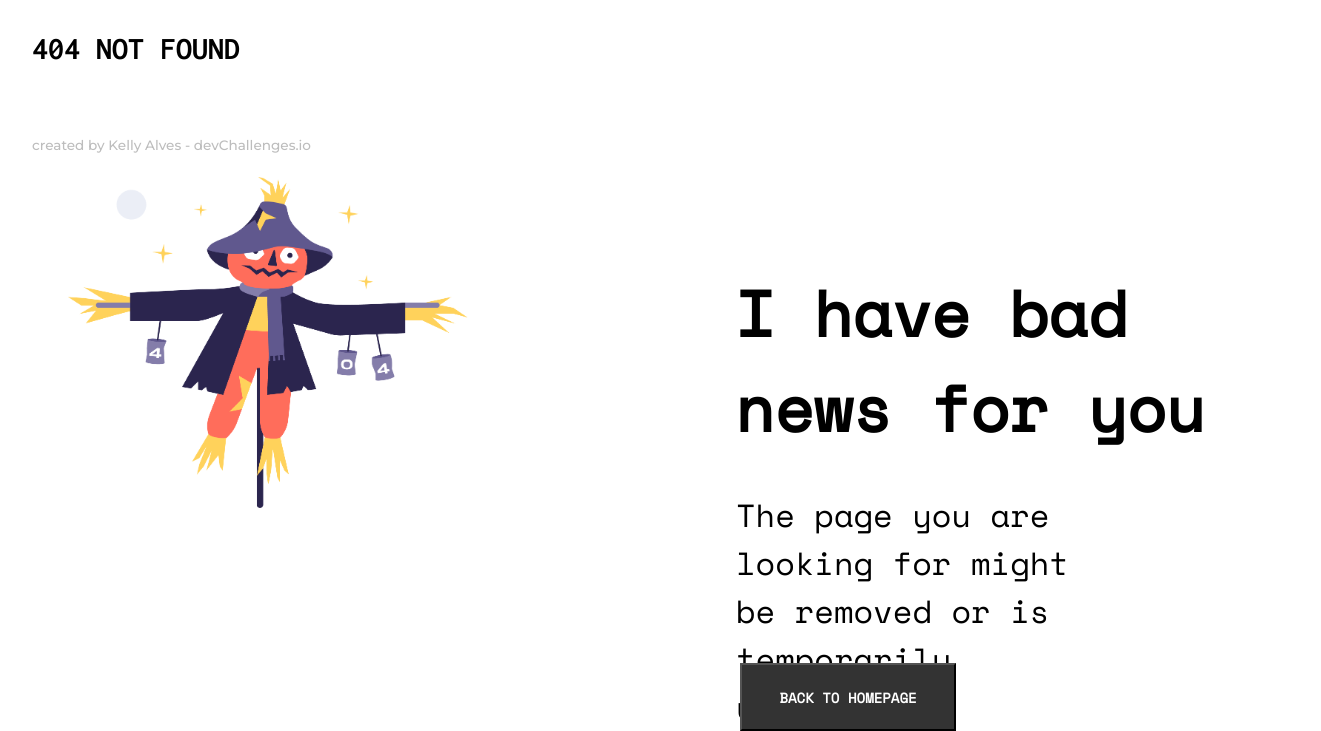
Repository: kellyalves87/404_not_found
Page: index.html
These files come from the project's save history. The page is drawn as it stood at one moment and after the next save; the edit follows.
The browser window is 1280 px wide. The page is 1321 px wide, then 1280 px, then 1321 px, so the pictures cover 1321 px, including what lies to the right of the window. The pictures show the whole page.

Above is the page before, as saved 2021-05-16 16:16:35.

After the next save:
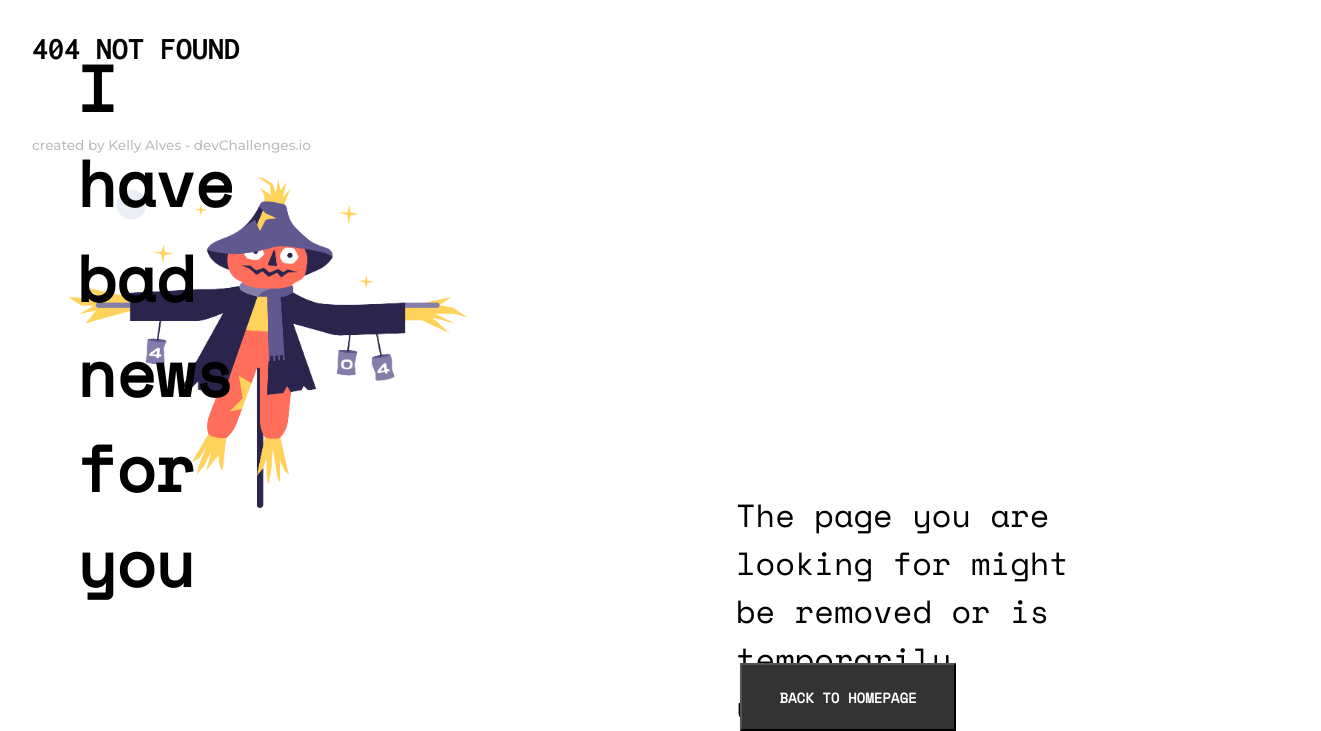
Saved 38 s later.
--- a/style/index.css
+++ b/style/index.css
@@ -107,11 +107,11 @@
 
 .content h1 {
   font-size: 4rem;
-  width: 586px;
-  height: 190px;
-  left: 735px;
-  top: 265px;
   position: absolute;
+  width: 133px;
+  height: 25px;
+  left: 77px;
+  top: 40px;
 }
 
 .content p {

After the save that followed:
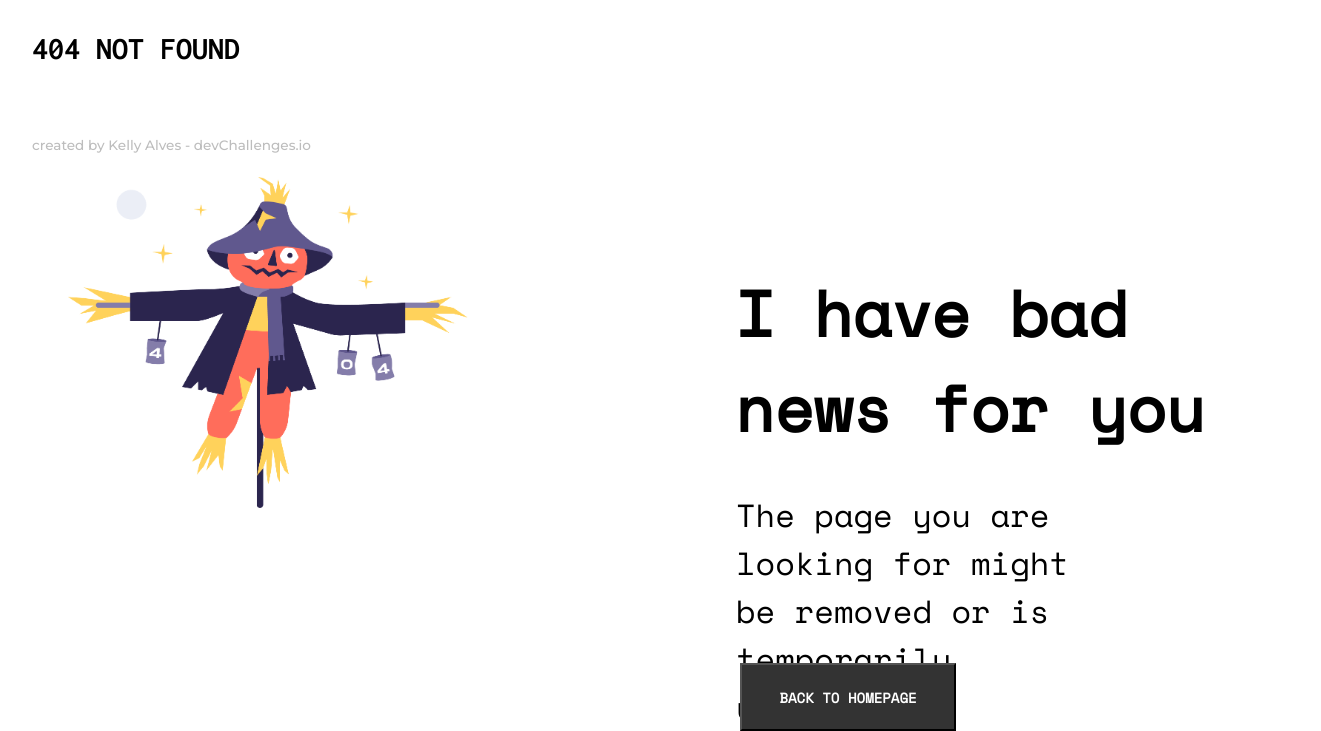
Saved 7 s later.
--- a/style/index.css
+++ b/style/index.css
@@ -107,11 +107,11 @@
 
 .content h1 {
   font-size: 4rem;
+  width: 586px;
+  height: 190px;
+  left: 735px;
+  top: 265px;
   position: absolute;
-  width: 133px;
-  height: 25px;
-  left: 77px;
-  top: 40px;
 }
 
 .content p {
